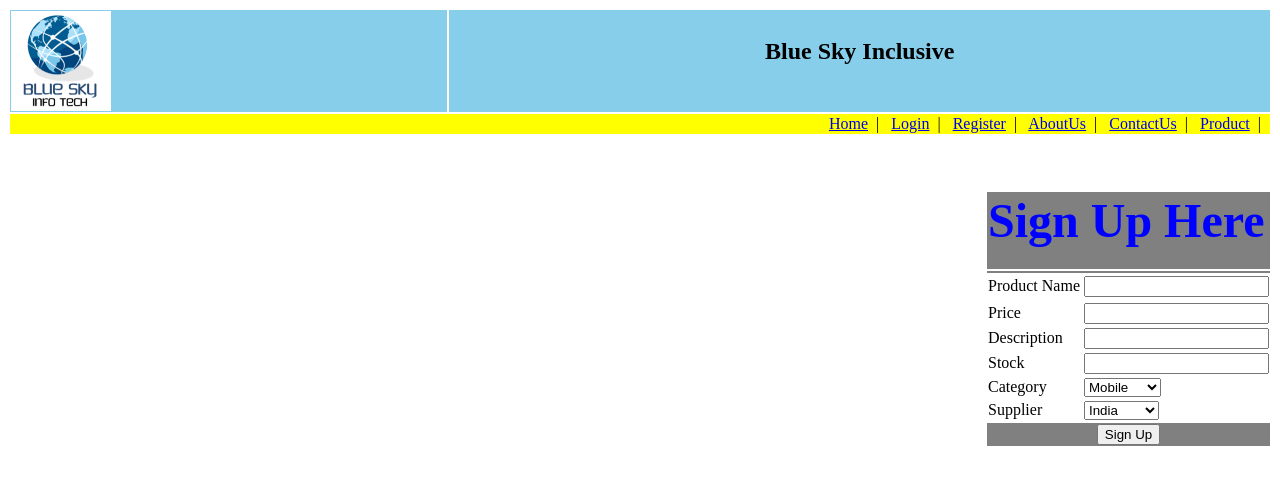
Repository: aishwaryaR16/Term-2-Project
Page: http://localhost/WebDemo/Product.jsp
The author's editor kept a copy of each file at every save. The page is drawn from the files as they stood at one save, then again after the next save.
The browser window is 1280 px wide. The pictures show the whole page.
The page is served by Tomcat 9.

Above is the page before, as saved 2020-11-19 16:46:44.

After the next save:
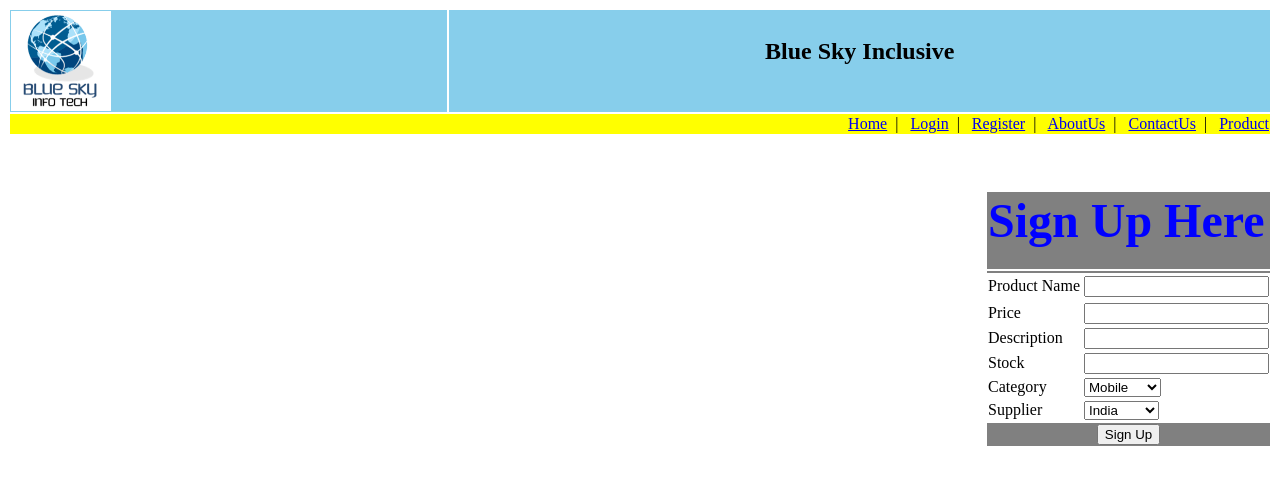
Saved 39 s later.
--- a/eclipse-workspace1/WebDemo/WebContent/CommonHeader.jsp
+++ b/eclipse-workspace1/WebDemo/WebContent/CommonHeader.jsp
@@ -23,7 +23,7 @@
 <a href="Register">Register</a>&nbsp;&nbsp;|&nbsp;&nbsp;
 <a href="AboutUs">AboutUs</a>&nbsp;&nbsp;|&nbsp;&nbsp;
 <a href="ContactUs">ContactUs</a>&nbsp;&nbsp;|&nbsp;&nbsp;
-<a href="Product">Product</a>&nbsp;&nbsp;|&nbsp;&nbsp;
+<a href="Product">Product</a>
 </p>
 </tr>
 </table>
